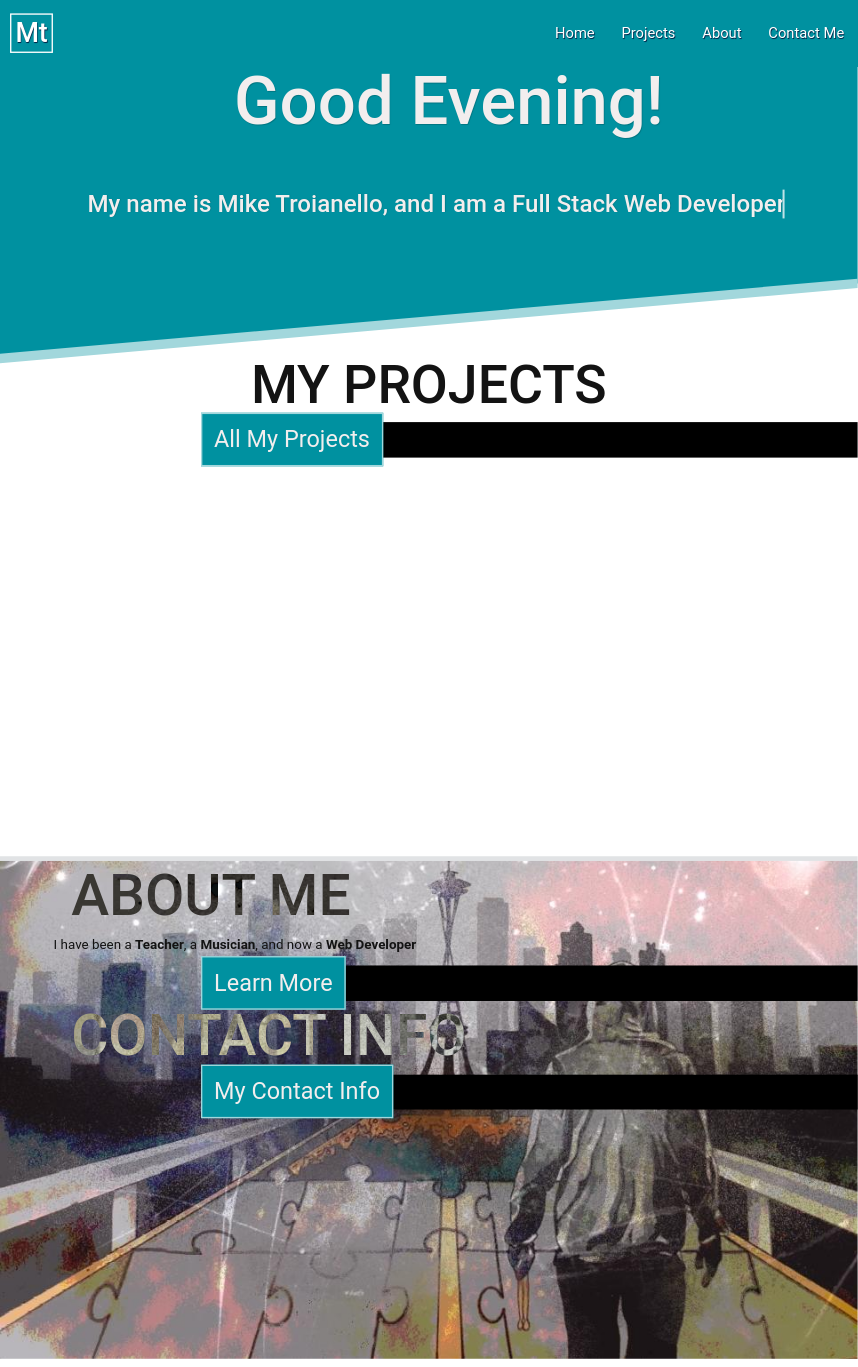
Repository: MikeTroianello/troianello
Page: /
The author's editor kept a copy of each file at every save. The page is drawn from the files as they stood at one save, then again after the next save.
The browser window is 1280 px wide. The pictures show the whole page, at 67% of full size.
The project was rebuilt for these pictures with package versions that can differ from the ones it lists, and the page was loaded fresh each time. Also part of the build but not shown: src/components/locations/About/About.css, src/components/locations/About/AboutMobile.css, src/components/locations/About/About.js, src/components/cards/RainbowDay.js, src/components/cards/CanvasBubbles.js, src/components/cards/projectCard.css, src/components/cards/projectCardMobile.css, src/components/cards/ProjectCard.js and 5 more.

Above is the page before, as saved 2019-08-03 22:29:24.

After the next save:
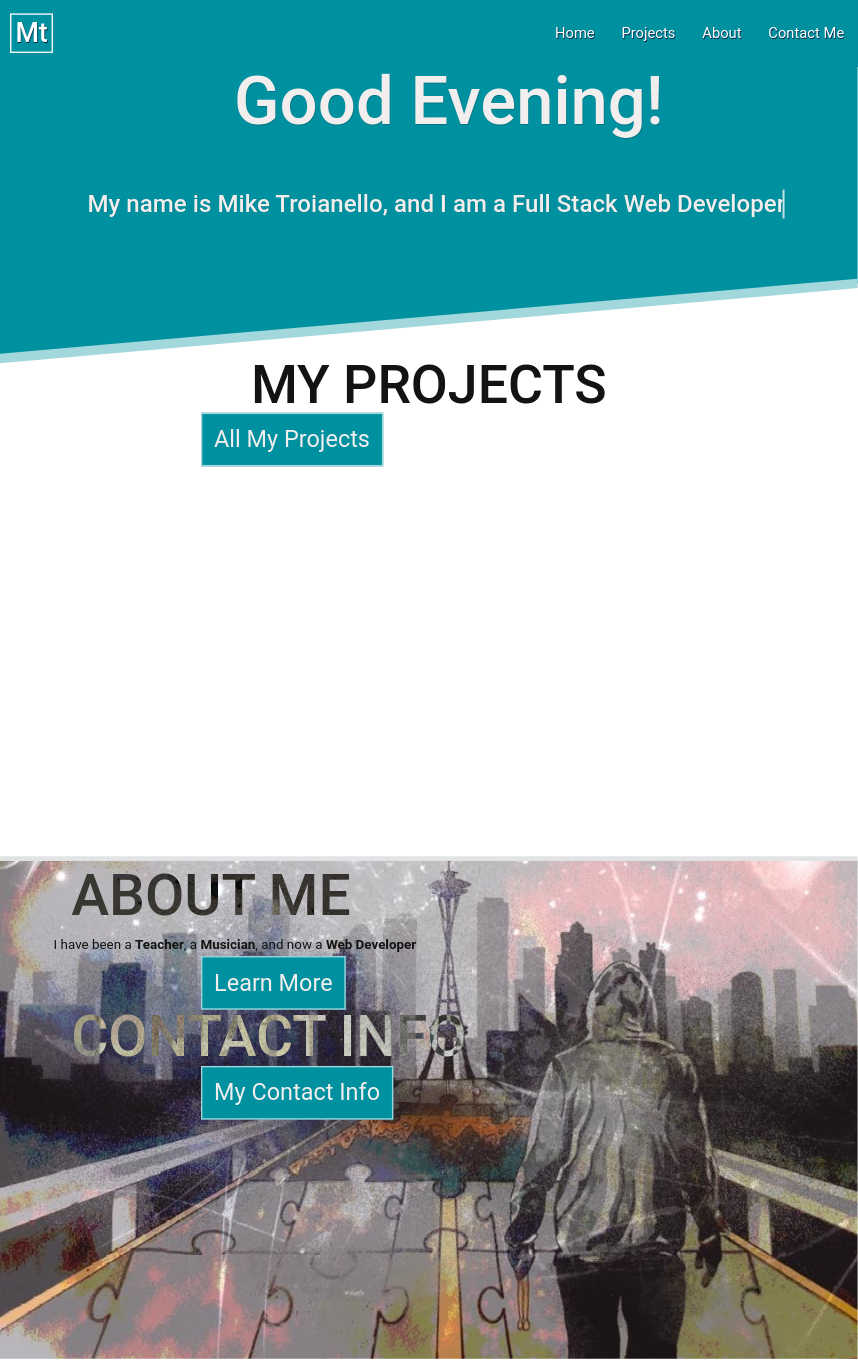
Saved 31 s later.
--- a/src/App.css
+++ b/src/App.css
@@ -164,8 +164,7 @@ p {
 }
 
 .link {
-  justify-content: center;
-  background: black;
+  margin-bottom: 2px;
 }
 
 .home-fade2 {
